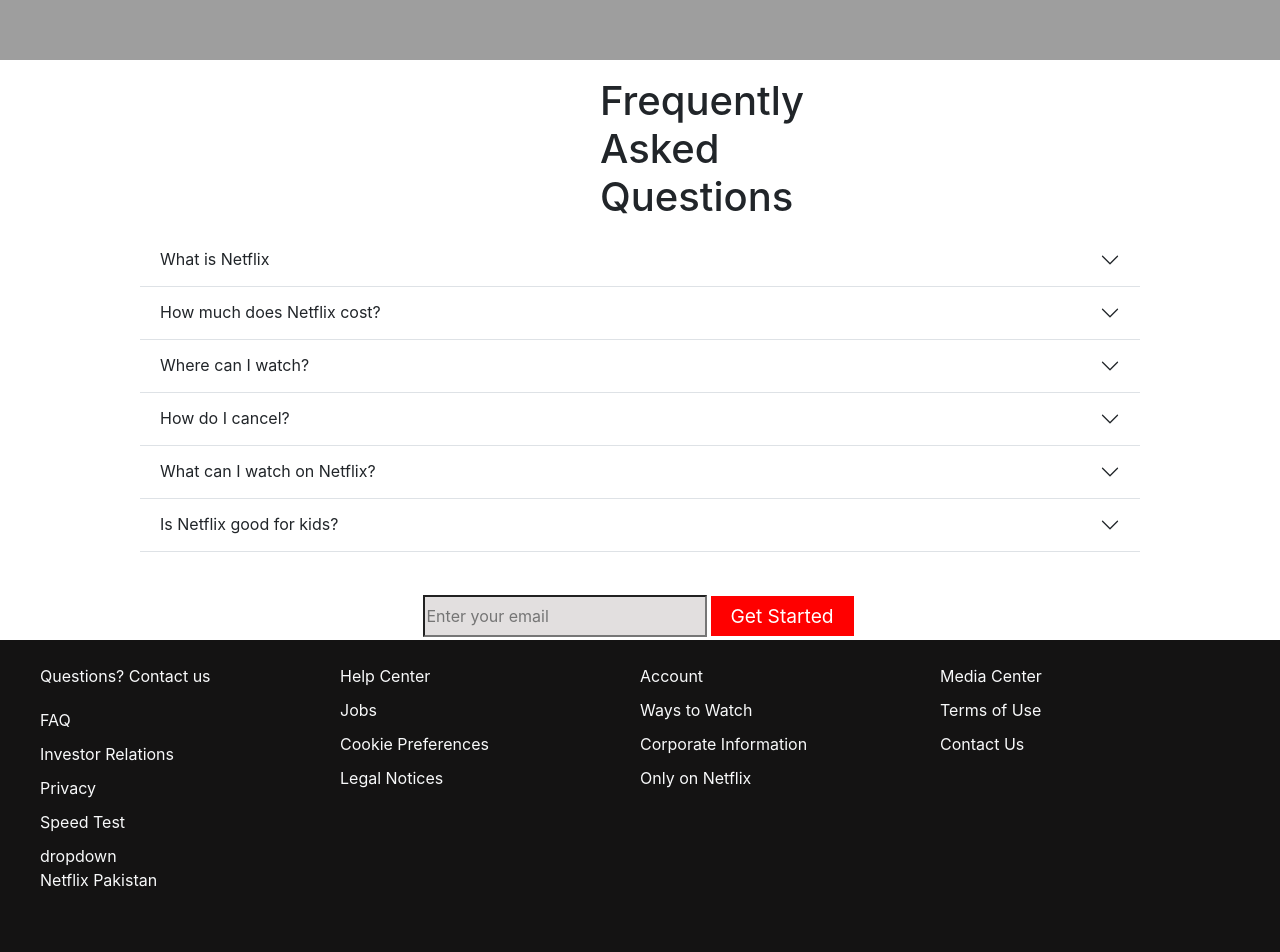
Repository: WajihaGul/Netflix-Clone
Page: /
These files come from the project's save history. The page is drawn as it stood at one moment and after the next save; the edit follows.
The browser window is 1280 px wide. The pictures show the part of the page from y = 561 to 1513 px (the page is 1513 px tall).
Pictures or frames that could not be fetched are drawn as grey boxes. The project was rebuilt for these pictures with package versions that can differ from the ones it lists, and the page was loaded fresh each time. Also part of the build but not shown: src/App.css.

Above is the page before, as saved 2024-05-24 15:28:24.

After the next save:
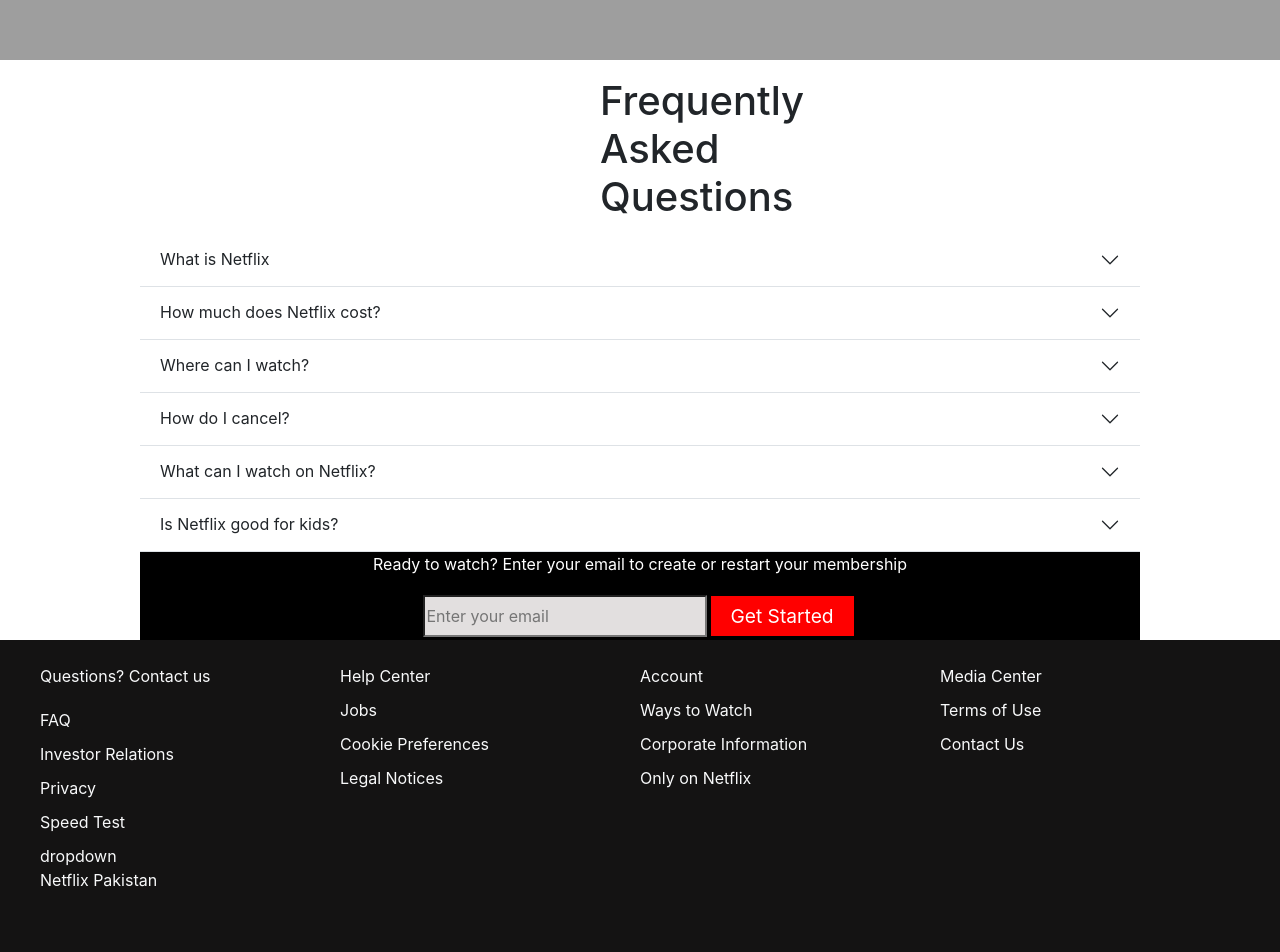
Saved 39 s later.
--- a/src/Components/FAQs/FAQs.module.css
+++ b/src/Components/FAQs/FAQs.module.css
@@ -1,6 +1,7 @@
 .container{
    width:1000px;
    margin: 0 auto;
+   background:black
 }
 
 .faqh1{
